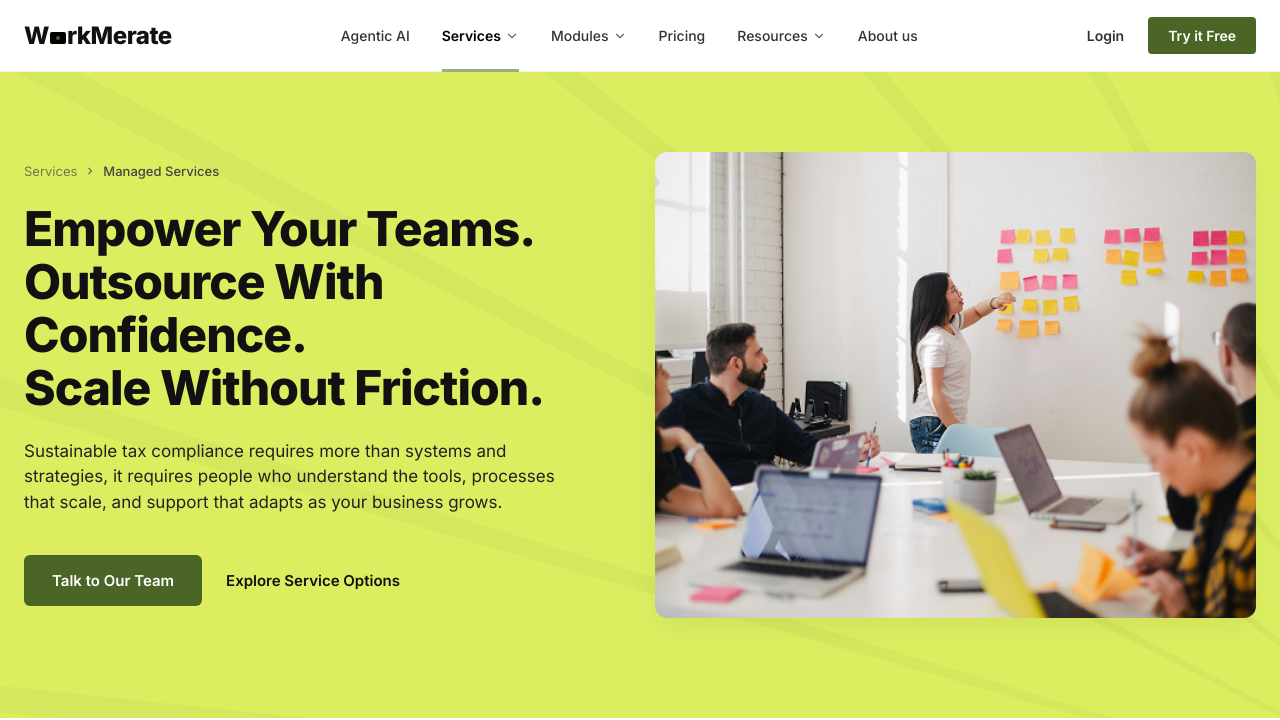
Repository: Opawumi/work_merate
Page: managed.html
These files come from the project's save history. The page is drawn as it stood at one moment and after a run of saves; the edit follows.
The browser window is 1280 px wide. The pictures show the whole page.

Above is the page before, as saved 2026-02-02 10:45:55.

### managed.html
<!DOCTYPE html>
<html lang="en">
<head>
    <meta charset="UTF-8">
    <meta name="viewport" content="width=device-width, initial-scale=1.0">
    <title>Managed Services - WorkMerate</title>
    <link rel="stylesheet" href="managed.css">
    <link rel="preconnect" href="https://fonts.googleapis.com">
    <link rel="preconnect" href="https://fonts.gstatic.com" crossorigin>
    <link href="https://fonts.googleapis.com/css2?family=Inter:wght@400;500;600;700;800&display=swap" rel="stylesheet">
</head>
<body>

    <nav class="navbar">
        <div class="container nav-wrapper">
            <a href="#" class="logo">
                W<span class="bag-icon"></span>rkMerate
            </a>

            <ul class="nav-menu">
                <li><a href="#" class="nav-link">Agentic AI</a></li>
                <li>
                    <a href="#" class="nav-link active">
                        Services
                        <svg class="chevron" viewBox="0 0 24 24" fill="none" stroke="currentColor" stroke-width="2" stroke-linecap="round" stroke-linejoin="round"><polyline points="6 9 12 15 18 9"></polyline></svg>
                    </a>
                </li>
                <li>
                    <a href="#" class="nav-link">
                        Modules
                        <svg class="chevron" viewBox="0 0 24 24" fill="none" stroke="currentColor" stroke-width="2" stroke-linecap="round" stroke-linejoin="round"><polyline points="6 9 12 15 18 9"></polyline></svg>
                    </a>
                </li>
                <li><a href="#" class="nav-link">Pricing</a></li>
                <li>
                    <a href="#" class="nav-link">
                        Resources
                        <svg class="chevron" viewBox="0 0 24 24" fill="none" stroke="currentColor" stroke-width="2" stroke-linecap="round" stroke-linejoin="round"><polyline points="6 9 12 15 18 9"></polyline></svg>
                    </a>
                </li>
                <li><a href="#" class="nav-link">About us</a></li>
            </ul>

            <div class="nav-actions">
                <a href="#" class="login-link">Login</a>
                <a href="#" class="btn-nav">Try it Free</a>
            </div>
        </div>
    </nav>

    <section class="hero-section">
        <div class="hero-bg-pattern"></div>

        <div class="container hero-container">

            <div class="hero-content">
                <div class="breadcrumbs">
                    <span class="crumb-gray">Services</span>
                    <svg class="crumb-arrow" viewBox="0 0 24 24"><path d="M10 6L8.59 7.41 13.17 12l-4.58 4.59L10 18l6-6z"/></svg>
                    <span class="crumb-current">Managed Services</span>
                </div>

                <h1>Empower Your Teams.<br>Outsource With Confidence.<br>Scale Without Friction.</h1>

                <p class="hero-description">
                    Sustainable tax compliance requires more than systems and strategies, it requires
                    people who understand the tools, processes that scale, and support that adapts as
                    your business grows.
                </p>

                <div class="hero-buttons">
                    <a href="#" class="btn-hero-primary">Talk to Our Team</a>
                    <a href="#" class="btn-hero-secondary">Explore Service Options</a>
                </div>
            </div>

            <div class="hero-image-wrapper">
                <img src="./assets/managed-main.png" alt="Team working together with sticky notes">
            </div>

        </div>
    </section>

</body>
</html>

### managed.css
/* --- Reset & Base Styles --- */
:root {
    --font-family: 'Inter', sans-serif;
    --color-text-main: #111111;
    --color-text-gray: #444444;
    --color-lime-bg: #DCEE60; /* Matches the bright lime green in image */
    --color-dark-green: #4B6527; /* Matches the dark olive buttons */
    --max-width: 1280px;
}

* {
    margin: 0;
    padding: 0;
    box-sizing: border-box;
}

body {
    font-family: var(--font-family);
    color: var(--color-text-main);
    background-color: #fff;
    overflow-x: hidden;
}

a { text-decoration: none; color: inherit; }
ul { list-style: none; }

.container {
    max-width: var(--max-width);
    margin: 0 auto;
    padding: 0 24px;
}

/* --- Navigation --- */
.navbar {
    background-color: #fff;
    height: 72px;
    display: flex;
    align-items: center;
    border-bottom: 1px solid #eee; /* Subtle separator usually present */
    position: relative;
    z-index: 100;
}

.nav-wrapper {
    width: 100%;
    display: flex;
    justify-content: space-between;
    align-items: center;
}

.logo {
    font-size: 24px;
    font-weight: 800;
    letter-spacing: -0.5px;
    display: flex;
    align-items: center;
}

/* Bag Icon in Logo */
.bag-icon {
    display: inline-block;
    width: 16px;
    height: 12px;
    background: #000;
    border-radius: 2px;
    position: relative;
    margin: 0 1px;
    top: 2px;
}
.bag-icon::after {
    content: '';
    position: absolute;
    top: 4px;
    left: 6px;
    width: 4px;
    height: 4px;
    background: var(--color-dark-green);
    border-radius: 50%;
}

.nav-menu {
    display: flex;
    gap: 32px;
    align-items: center;
}

.nav-link {
    font-size: 14px;
    font-weight: 500;
    color: #333;
    display: flex;
    align-items: center;
    gap: 4px;
    height: 72px; /* Full height for hover/active underline alignment */
    position: relative;
}

.nav-link:hover { color: #000; }

.nav-link.active {
    font-weight: 600;
    color: #000;
}
/* Active Green Underline */
.nav-link.active::after {
    content: '';
    position: absolute;
    bottom: 0;
    left: 0;
    width: 100%;
    height: 3px;
    background-color: #9BAD7F;
}

.chevron { width: 14px; height: 14px; color: #666; }

.nav-actions {
    display: flex;
    align-items: center;
    gap: 24px;
}

.login-link {
    font-size: 14px;
    font-weight: 600;
    color: #333;
}

.btn-nav {
    background-color: var(--color-dark-green);
    color: #fff;
    padding: 10px 20px;
    border-radius: 4px;
    font-size: 14px;
    font-weight: 600;
    transition: background 0.2s;
}

.btn-nav:hover { background-color: #3d5220; }

/* --- Managed Services Hero Section --- */
/* --- Managed Services Hero Section --- */
.hero-section {
    position: relative;
    background-color: var(--color-lime-bg);
    padding: 80px 0 100px;
    overflow: hidden;
}

.hero-bg-pattern {
    position: absolute;
    top: 0;
    right: 0;
    bottom: 0;
    left: 0;
    background: repeating-conic-gradient(
        from 45deg at 120% 120%,
        transparent 0deg,
        transparent 10deg,
        rgba(75, 101, 39, 0.05) 10deg,
        rgba(75, 101, 39, 0.05) 11deg
    );
    pointer-events: none;
    z-index: 0;
}

.hero-container {
    position: relative;
    z-index: 1;
    display: grid;
    grid-template-columns: 1fr 1fr;
    gap: 30px;
    /* CHANGE 1: 'stretch' forces both columns to be the exact same height */
    align-items: stretch;
}

/* Left Text Content */
.hero-content {
    max-width: 600px;
    /* Optional: Center the text vertically within its own box if the image is taller */
    display: flex;
    flex-direction: column;
    justify-content: center;
}

/* ... (Typography styles remain the same) ... */
.breadcrumbs { display: flex; align-items: center; gap: 6px; font-size: 13px; margin-bottom: 24px; color: #444; }
.crumb-arrow { width: 14px; height: 14px; fill: #666; }
.crumb-gray { opacity: 0.7; }
.crumb-current { font-weight: 500; }

h1 { font-size: 48px; line-height: 1.1; font-weight: 800; color: #111; margin-bottom: 24px; letter-spacing: -1px; }
.hero-description { font-size: 17px; line-height: 1.5; color: #222; margin-bottom: 40px; max-width: 540px; }
.hero-buttons { display: flex; align-items: center; gap: 24px; flex-wrap:wrap; }

.btn-hero-primary { background-color: var(--color-dark-green); color: #fff; padding: 16px 28px; border-radius: 6px; font-size: 15px; font-weight: 600; transition: background 0.2s; }
.btn-hero-primary:hover { background-color: #3d5220; }
.btn-hero-secondary { font-size: 15px; font-weight: 600; color: #111; border-bottom: 1px solid transparent; }
.btn-hero-secondary:hover { border-bottom-color: #111; }

/* Right Image Wrapper */
.hero-image-wrapper {
    /* CHANGE 2: Ensure the wrapper takes the full height provided by the grid */
    height: 100%;
    width: 100%;
}

.hero-image-wrapper img {
    /* CHANGE 3: Force image to fill the height and width */
    width: 100%;
    height: 100%;
    /* CHANGE 4: 'cover' ensures the image crops smartly instead of stretching/distorting */
    object-fit: cover;
    border-radius: 12px;
    box-shadow: 0 10px 30px rgba(0,0,0,0.05);
    display: block;
}

/* Responsive adjustments */
@media (max-width: 992px) {
    .nav-menu { display: none; }

    .hero-container {
        grid-template-columns: 1fr; /* Stack vertically on mobile */
    }

    /* CHANGE 5: Reset heights on mobile so image doesn't look stretched or huge */
    .hero-image-wrapper {
        height: auto;
        margin-top: 40px;
        aspect-ratio: 16/9; /* Optional: Gives it a nice shape on mobile */
    }

    .hero-image-wrapper img {
        height: 100%;
    }

    h1 { font-size: 36px; }
}

After the next 2 saves:
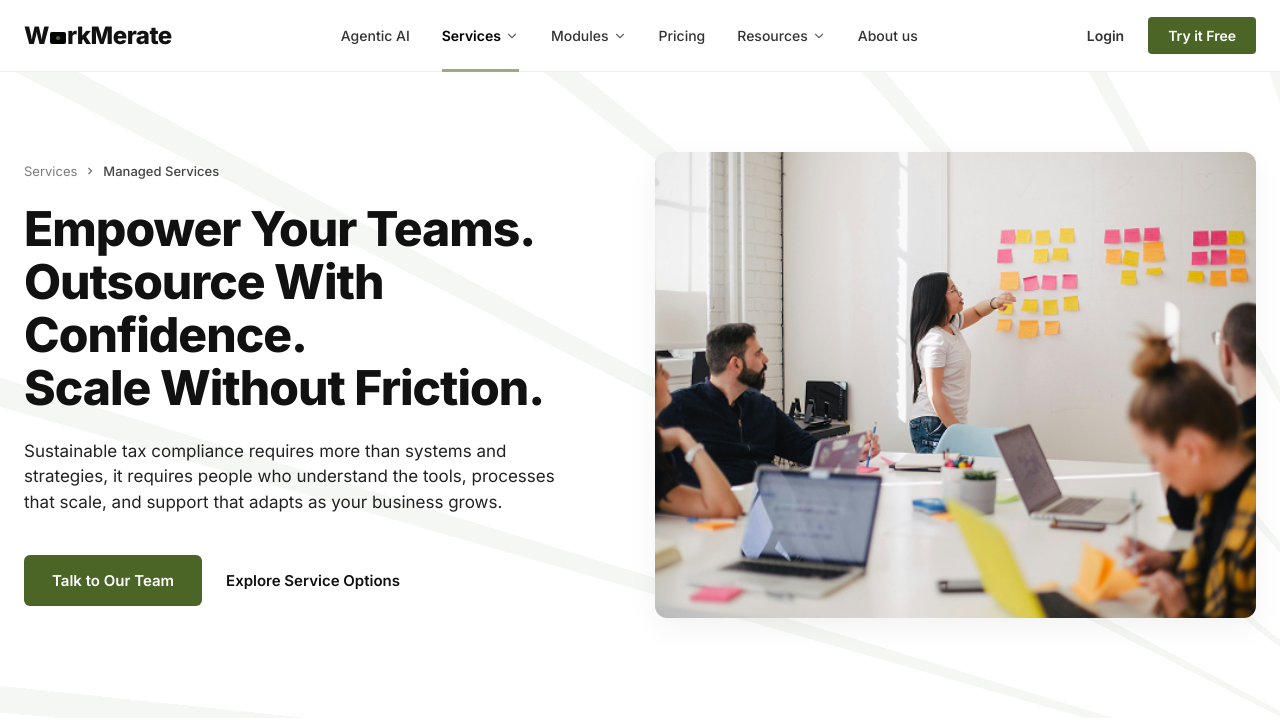
The 2 saves are shown as one change because they came seconds apart.
The last was saved 62 s later.
--- a/managed.css
+++ b/managed.css
@@ -142,7 +142,7 @@
 /* --- Managed Services Hero Section --- */
 .hero-section {
     position: relative;
-    background-color: var(--color-lime-bg);
+    background-image: var(--color-lime-bg);
     padding: 80px 0 100px;
     overflow: hidden;
 }
